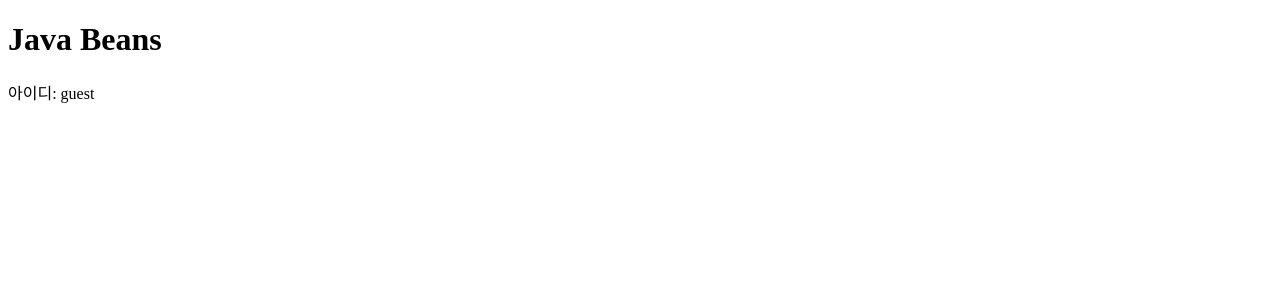
Repository: ljh5973/labweb
Page: http://localhost/JSP02/09_javabeans.jsp
These files come from the project's save history. The page is drawn as it stood at one moment and after the next save; the edit follows.
The browser window is 1280 px wide. The pictures show the whole page.
The page is served by Tomcat 9. Other server files are loaded and not shown.

Above is the page before, as saved 2022-01-10 02:48:42.

### JSP02/webapp/09_javabeans.jsp
<%@page import="edu.web.model.Member"%>
<%@ page language="java" contentType="text/html; charset=UTF-8"
    pageEncoding="UTF-8"%>
<%@ page trimDirectiveWhitespaces="true"%>
<!DOCTYPE html>
<html>
	<head>
		<meta charset="UTF-8">
		<title>JSP 2</title>
	</head>
	<body>

	<h1>Java Beans</h1>


	<%--
	Java Bean: 자바 클래스 객체
	 * 기본 생성자(default constructor)를 가지고 있어야 함.
	 * 멤버 변수들은 private으로 선언.
	 * public으로 선언된 getter/setter 메서드들이 있어야 함. (메서드 이름은 Java 코딩 관습에 따라야 함.)
	 --%>

	 <% // scriptlet
	 Member m1=new Member();
	 // setter 메서드 호출, 멤버 변수들의 값을 설정
	 m1.setMemberId("guest");
	 m1.setMemberPassword("guest");
	 m1.setMemberEmail("guest@test.com");
	 %>

	 <div>
	 <%-- getter 메서드 호출, 멤버 변수들의 값을 출력. --%>
	 	아이디: <%= m1.getMemberId() %><br>


	 </div>
	</body>
</html>

### JSP02/src/edu/web/model/Member.java
package edu.web.model;

/**
 * @author wlsgh
 *
 */
public class Member {

	// 멤버 변수(필드, 프로퍼티)
	private String memberId;
	private String memberPassword;
	private String memberEmail;

	public Member() {
		// TODO Auto-generated constructor stub
	}




	public Member(String memberId, String memberPassword, String memberEmail) {
		this.memberId = memberId;
		this.memberPassword = memberPassword;
		this.memberEmail = memberEmail;
	}




	public String getMemberId() {
		return memberId;
	}

	public void setMemberId(String memberId) {
		this.memberId = memberId;
	}

	public String getMemberPassword() {
		return memberPassword;
	}

	public void setMemberPassword(String memberPassword) {
		this.memberPassword = memberPassword;
	}

	public String getMemberEmail() {
		return memberEmail;
	}

	public void setMemberEmail(String memberEmail) {
		this.memberEmail = memberEmail;
	}




	@Override
	public String toString() {

		// String format(format, args)
		// format: %s, %d, %f
		return String.format("Member{memberID: %s, memberPassword: %s, memberEmail: %s}", this.memberId, this.memberPassword, this.memberEmail);
	}



}

After the next save:
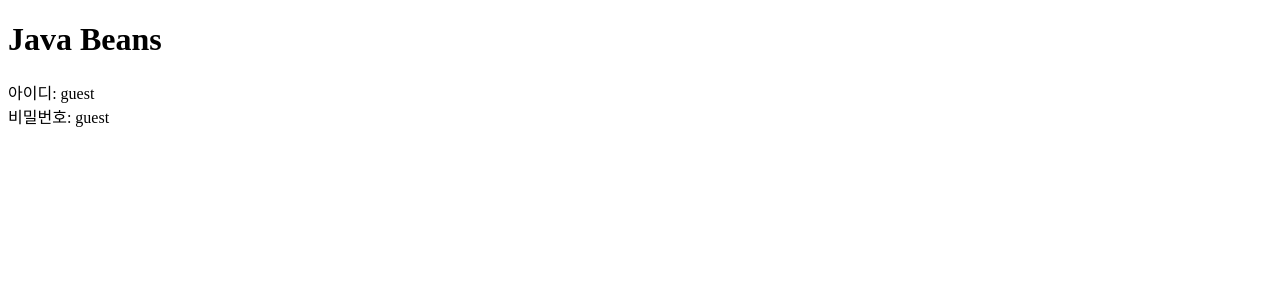
Saved 24 s later.
--- a/JSP02/webapp/09_javabeans.jsp
+++ b/JSP02/webapp/09_javabeans.jsp
@@ -29,9 +29,9 @@
 	 %>
 
 	 <div>
-	 <%-- getter 메서드 호출, 멤버 변수들의 값을 출력. --%>
+	 <%-- expression 안에서 getter 메서드 호출, 멤버 변수들의 값을 출력. --%>
 	 	아이디: <%= m1.getMemberId() %><br>
-
+	 	비밀번호: <%= m1.getMemberPassword() %>
 
 	 </div>
 	</body>
